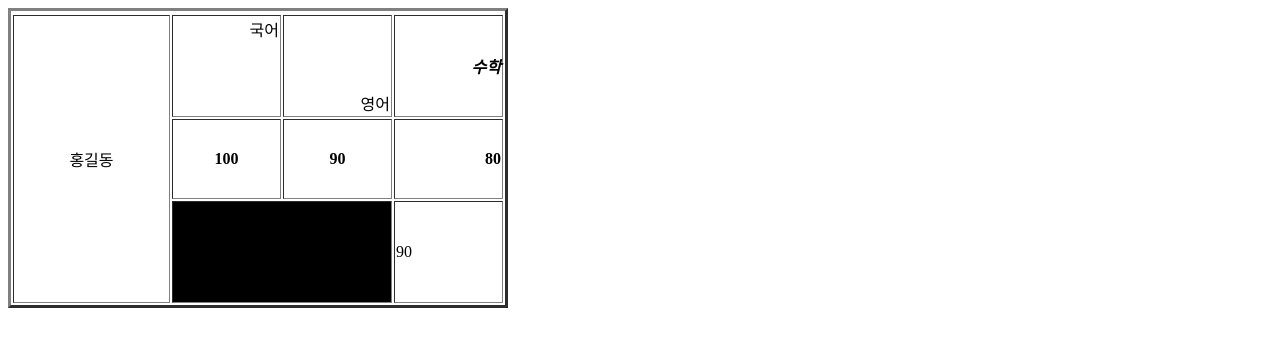
Repository: bjKim2/JSP
Page: HTML/src/main/webapp/Lec03.html
These files come from the project's save history. The page is drawn as it stood at one moment and after the next save; the edit follows.
The browser window is 1280 px wide. The pictures show the whole page.

Above is the page before, as saved 2022-03-15 02:32:53.

### HTML/src/main/webapp/Lec03.html
<!DOCTYPE html>
<html>
	<head>
		<meta charset="UTF-8">
		<title>Insert title here</title>
	</head>
	<body>
		<table border= "3" width = "500" height = "300">
			<tr>

			</tr>

			<tr align = "right">
				<td rowspan = "3" align = "center"> 홍길동 </td>
				<td valign = "top">국어</td>
				<td valign = "bottom">영어</td>
				<td valign = "middle"><i><b>수학</b></i></td>
			</tr>
			<tr>
				<th >100</th>
				<th  align = "center">90</th>
				<th align = "right">80</th>

			</tr>
			<tr>

				<td bgcolor = '10' colspan = "2">평균</td>
				<td>90</td>


			</tr>


		</table>
	</body>
</html>

After the next save:
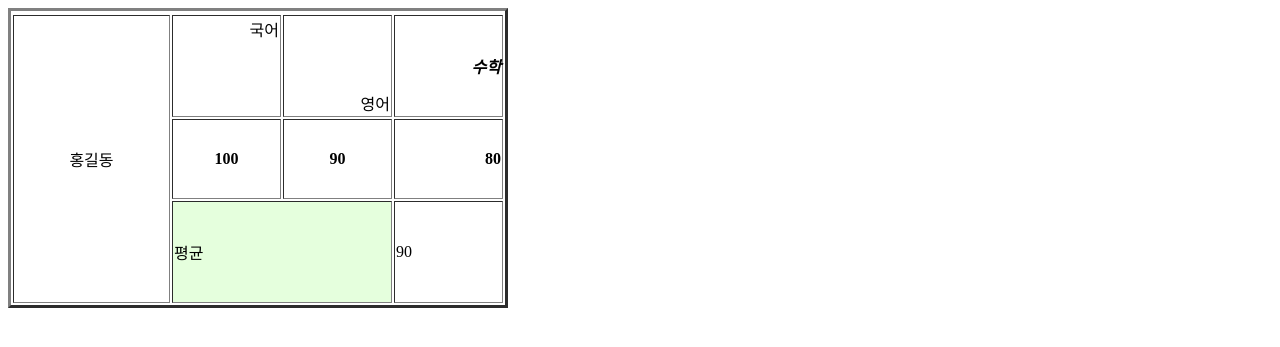
Saved 29 s later.
--- a/HTML/src/main/webapp/Lec03.html
+++ b/HTML/src/main/webapp/Lec03.html
@@ -24,7 +24,7 @@
 			</tr>
 			<tr>
 
-				<td bgcolor = '10' colspan = "2">평균</td>
+				<td bgcolor = 'e5ffdd' colspan = "2">평균</td>
 				<td>90</td>
 
 
